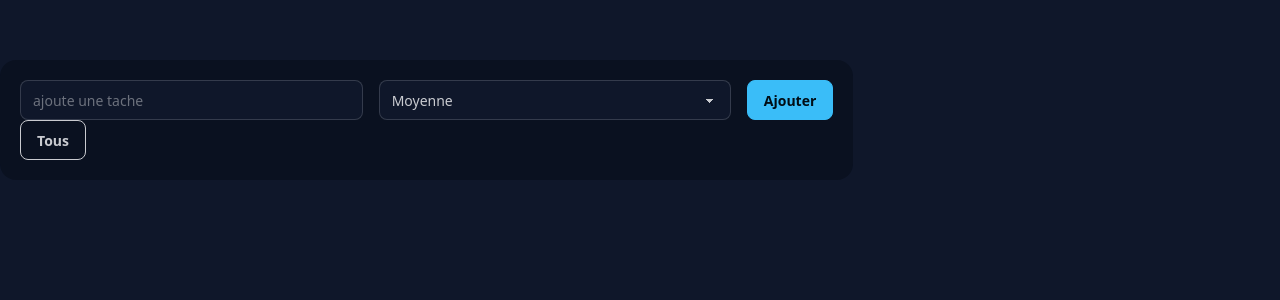
Repository: gradi243/react_ex_tuto
Page: /
An editor plug-in stored every save of this project. The page is shown before and after the next save, followed by the edit.
The browser window is 1280 px wide. The pictures show the whole page.
The project was rebuilt for these pictures with package versions that can differ from the ones it lists, and the page was loaded fresh each time. Also part of the build but not shown: vite.config.ts.

Above is the page before, as saved 2025-09-14 01:16:50.

After the next save:
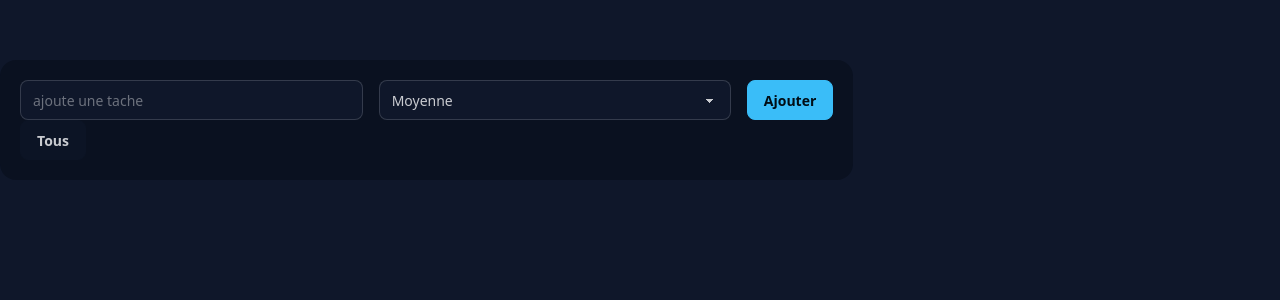
Saved 9 s later.
--- a/src/App.tsx
+++ b/src/App.tsx
@@ -70,7 +70,7 @@
         <div className="space-y-2 flex-1 h-fit">
           <div className="flex flex-wrap gap-4">
             <button
-              className="btn btn-outline"
+              className="btn btn-so"
             >
               Tous
             </button>
